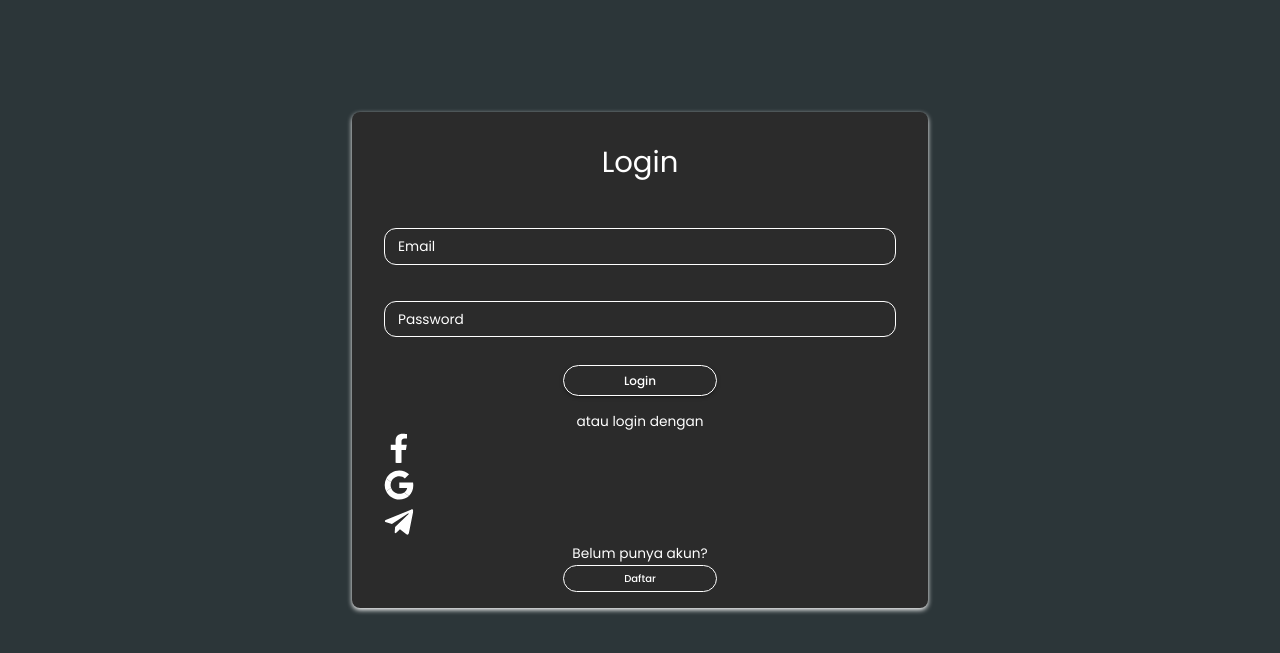
Repository: IzzaSuni/Izza-ToDo
Page: /login
An editor plug-in stored every save of this project. The page is shown before and after the next save, followed by the edit.
The browser window is 1280 px wide. The pictures show the whole page.
The project was rebuilt for these pictures with package versions that can differ from the ones it lists, and the page was loaded fresh each time. Also part of the build but not shown: src/App.css, src/services.js, src/utils/Query.js, src/utils/isLogin.js, src/components/List.js, src/components/Filter.js, src/components/ohayo.js, src/components/navbar.js and 2 more.

Above is the page before, as saved 2022-08-19 20:12:21.

After the next save:
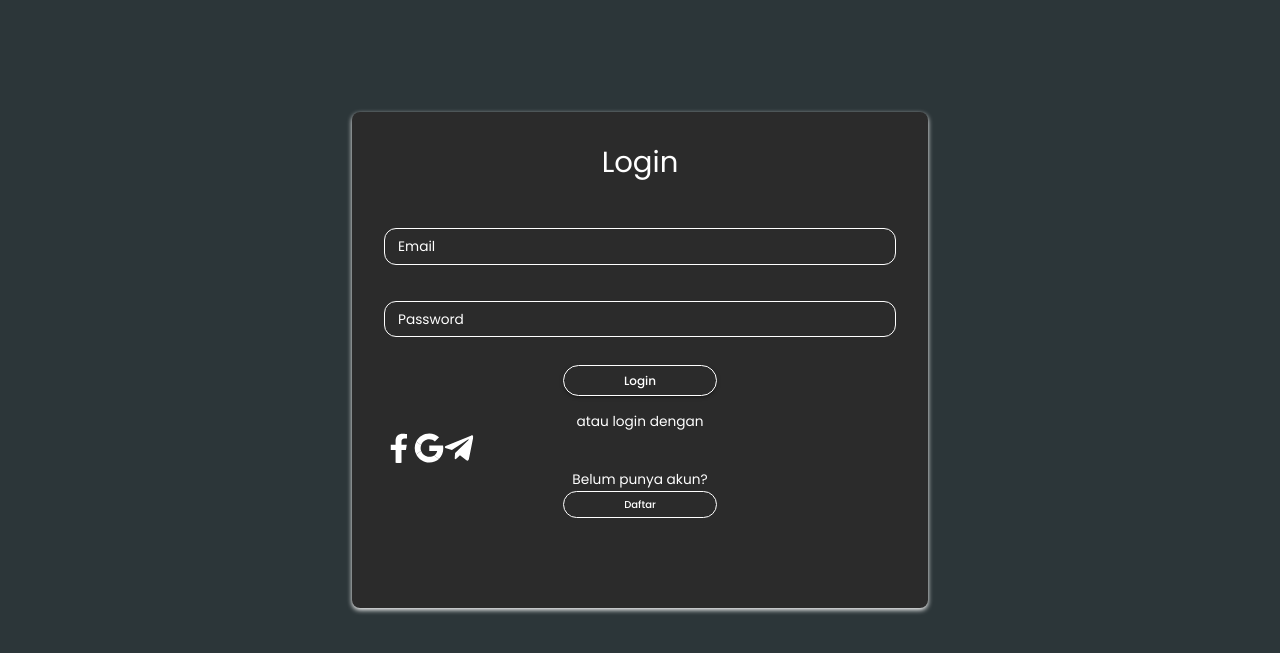
Saved 28 s later.
--- a/src/components/Login.js
+++ b/src/components/Login.js
@@ -174,7 +174,7 @@ export default function Login(prop) {
             <Box>
               <Typography textAlign={"center"}>atau login dengan</Typography>
             </Box>
-            <Box>
+            <Box display="inline-flex">
               <Img src="/facebook.svg" />
               <Img src="/google.svg" />
               <Img src="/telegram.svg" />
